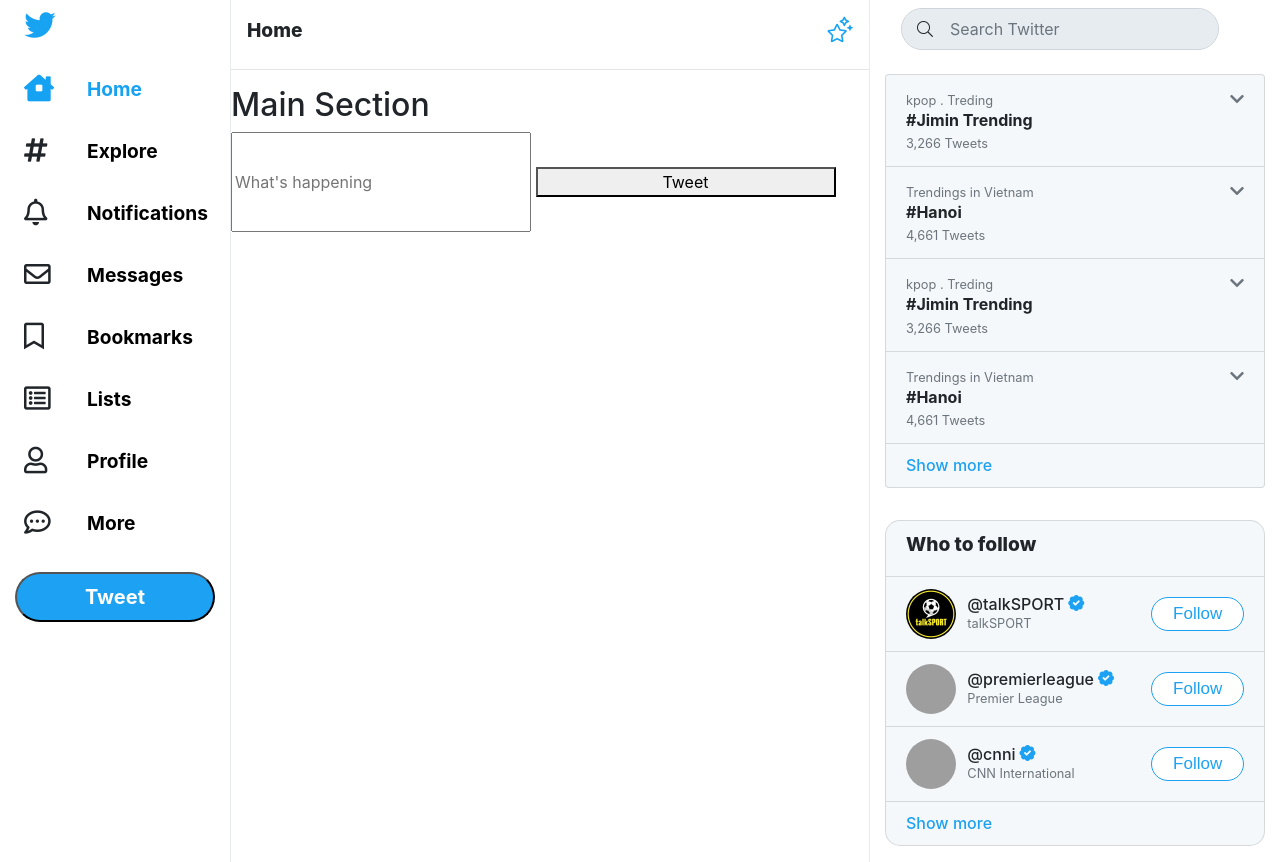
Repository: tts2610/Twitter-clone
Page: index.html
The author's editor kept a copy of each file at every save. The page is drawn from the files as they stood at one save, then again after the next save.
The browser window is 1280 px wide. The pictures show the whole page.
Pictures or frames that could not be fetched are drawn as grey boxes.

Above is the page before, as saved 2020-05-23 15:43:31.

### index.html
<!DOCTYPE html>
<html lang="en">

<head>
    <meta charset="UTF-8">
    <!-- <meta name="viewport" content="width=device-width, initial-scale=1.0"> -->
    <title>Document</title>
    <link rel="stylesheet" href="css/style.css">
    <!-- Latest compiled and minified CSS -->
    <link rel="stylesheet" href="https://maxcdn.bootstrapcdn.com/bootstrap/4.5.0/css/bootstrap.min.css">

    <!-- jQuery library -->
    <script src="https://ajax.googleapis.com/ajax/libs/jquery/3.5.1/jquery.min.js"></script>

    <!-- Popper JS -->
    <script src="https://cdnjs.cloudflare.com/ajax/libs/popper.js/1.16.0/umd/popper.min.js"></script>

    <!-- Latest compiled JavaScript -->
    <script src="https://maxcdn.bootstrapcdn.com/bootstrap/4.5.0/js/bootstrap.min.js"></script>

    <!-- <link rel="stylesheet" crossorigin="anonymous" href="https://use.fontawesome.com/releases/v5.6.3/css/all.css" integrity="sha384-UHRtZLI+pbxtHCWp1t77Bi1L4ZtiqrqD80Kn4Z8NTSRyMA2Fd33n5dQ8lWUE00s/" /> -->
    <link rel="stylesheet" href="css/all.css">

</head>


<body>
    <div class="container" style="width: 100%;">
        <div class="row">
            <div class="col-3 pr-5">
                <div class="row">
                    <div class="col"><img src="/img/twt-logo1.png" alt="twitter-logo" width="50" height="50"></div>
                </div>
                <div class="row my-3">
                    <div id="outerMenuContainer" style="color: #16a2f2;">
                        <div class="col-2 mr-4 py-2 px-4" style="font-size: 20px;"><i class="fas fa-house fa-lg"></i></div>
                        <div class="col-10 py-2" style="margin-right: 0px;padding-right: 0px;font-weight: 700;font-size: larger;"> <a href="#Home" style="color: #16a2f2;">Home</a></div>
                    </div>

                </div>
                <div class="row my-3">
                    <div id="outerMenuContainer">
                        <div class="col-2 mr-4 py-2 px-4" style="font-size: 20px;"><i class="fas fa-hashtag fa-lg"></i></div>
                        <div class="col-10" style="margin-right: 0px;padding-right: 0px;font-weight: 700;font-size: larger;"><a href="#services">Explore</a></div>

                    </div>
                </div>
                <div class="row my-3">
                    <div id="outerMenuContainer">
                        <div class="col-2 mr-4 py-2 px-4" style="font-size: 20px;"><i class="far fa-bell fa-lg"></i></div>
                        <div class="col-10" style="margin-right: 0px;padding-right: 0px;font-weight: 700;font-size: larger;"><a href="#clients">Notifications</a></div>

                    </div>
                </div>
                <div class="row my-3">
                    <div id="outerMenuContainer">
                        <div class="col-2 mr-4 py-2 px-4" style="font-size: 20px;"><i class="far fa-envelope fa-lg"></i></div>
                        <div class="col-10" style="margin-right: 0px;padding-right: 0px;font-weight: 700;font-size: larger;"><a href="#contact">Messages</a></div>
                    </div>
                </div>
                <div class="row my-3">
                    <div id="outerMenuContainer">
                        <div class="col-2 mr-4 py-2 px-4" style="font-size: 20px;"><i class="far fa-bookmark fa-lg"></i></div>
                        <div class="col-10" style="margin-right: 0px;padding-right: 0px;font-weight: 700;font-size: larger;"><a href="#clients">Bookmarks</a></div>
                    </div>
                </div>
                <div class="row my-3">
                    <div id="outerMenuContainer">
                        <div class="col-2 mr-4 py-2 px-4" style="font-size: 20px;"><i class="far fa-list-alt fa-lg"></i></div>
                        <div class="col-10" style="margin-right: 0px;padding-right: 0px;font-weight: 700;font-size: larger;"><a href="#contact">Lists</a></div>
                    </div>
                </div>
                <div class="row my-3">
                    <div id="outerMenuContainer">
                        <div class="col-2 mr-4 py-2 px-4" style="font-size: 20px;"><i class="far fa-user fa-lg"></i></div>
                        <div class="col-10" style="margin-right: 0px;padding-right: 0px;font-weight: 700;font-size: larger;"><a href="#clients">Profile</a></div>
                    </div>
                </div>
                <div class="row my-3">
                    <div id="outerMenuContainer">
                        <div class="col-2 mr-4 py-2 px-4" style="font-size: 20px;"><i class="far fa-comment-dots fa-lg"></i></div>
                        <div class="col-10" style="margin-right: 0px;padding-right: 0px;font-weight: 700;font-size: larger;"><a href="#contact">More</a></div>
                    </div>
                </div>
                <div class="row my-3">
                    <div class="col"><button class="tweetbtn" href="#">Tweet</button></div>
                </div>
            </div>

            <div class="col-6" style="border-right: #e6ecf0 solid 1px; border-left: #e6ecf0 solid 1px; padding-left: 0px; padding-right: 0px;">
                <nav class="navbar sticky-top navbar-light my-2" id="leftNav">
                    <span>Home</span>
                    <span style="color: #16a2f2;"><i class="fal fa-stars fa-lg"></i></span>
                </nav>
                <hr/>
                <div>
                    <h2>Main Section</h2>
                    <input type="text" id="tweetArea" placeholder="What's happening">
                    <button id="tweetBtn" onclick="post()">Tweet</button>
                    <span id="remain"></span>
                    <div id="content" class="mt-5">
                    </div>



                </div>
            </div>

            <div class="col-3">
                <nav class="navbar sticky-top navbar-light" id="rightNav">
                    <span style="position: absolute;z-index: 100;"><i class="fal fa-search ml-3"></i></span>
                    <div><input class="form-control mr-sm-2 pl-5" type="search" placeholder="Search Twitter" aria-label="Search" id="search"></div>
                </nav>
                <div id="trendings" class="py-3">
                    <ul class="list-group mb-3">
                        <!-- <li class="list-group-item d-flex justify-content-between lh-condensed header" style="border-radius: 15px 15px 0px 0px;" id="trendingHeader">
                            <div>
                                <div class="trends-header">Trends for you</div>
                            </div>
                            <span class="text-muted"><i class="fal fa-cog" style="COLOR: rgba(29,161,242,1.00); font-size: larger;"></i></span>
                        </li> -->
                        <li class="list-group-item d-flex justify-content-between lh-condensed content" id="trending1">
                            <div>
                                <small class="text-muted">Trendings in Vietnam</small>
                                <h6 class="my-0 hashtag">#Hanoi</h6>
                                <small class="text-muted">4,661 Tweets</small>
                            </div>
                            <span class="text-muted"><i class="fas fa-chevron-down"></i></span>
                        </li>
                        <li class="list-group-item d-flex justify-content-between lh-condensed content" id="trending2">
                            <div>
                                <small class="text-muted">kpop . Treding</small>
                                <h6 class="my-0 hashtag">#Jimin Trending</h6>
                                <small class="text-muted">3,266 Tweets</small>
                            </div>
                            <span class="text-muted"><i class="fas fa-chevron-down"></i></span>
                        </li>
                        <li class="list-group-item d-flex justify-content-between lh-condensed content" id="trending3">
                            <div>
                                <small class="text-muted">Trendings in Vietnam</small>
                                <h6 class="my-0 hashtag">#Hanoi</h6>
                                <small class="text-muted">4,661 Tweets</small>
                            </div>
                            <span class="text-muted"><i class="fas fa-chevron-down"></i></span>
                        </li>
                        <li class="list-group-item d-flex justify-content-between lh-condensed content" id="trending4">
                            <div>
                                <small class="text-muted">kpop . Treding</small>
                                <h6 class="my-0 hashtag">#Jimin Trending</h6>
                                <small class="text-muted">3,266 Tweets</small>
                            </div>
                            <span class="text-muted"><i class="fas fa-chevron-down"></i></span>
                        </li>
                        <li class="list-group-item d-flex justify-content-between lh-condensed content" style="border-radius: 0px 0px 15px 15px">
                            <div>
                                <h6 class="my-0"><a href="#" style="COLOR: rgba(29,161,242,1.00); text-decoration: none;">Show more</a></h6>
                            </div>
                        </li>
                    </ul>
                </div>

                <div id="whoToFollow" class="">
                    <ul class="list-group mb-3">
                        <li class="list-group-item d-flex justify-content-between lh-condensed" style="border-radius: 15px 15px 0px 0px;">
                            <div>
                                <h5 class="whoToFollow-header">Who to follow</h5>
                            </div>
                        </li>
                        <li class="list-group-item content">
                            <div class="row">
                                <div class="col-2">
                                    <img src="img/profileImages/talkSport.jpg" id="moreToFollowImg" alt="Avatar">
                                </div>
                                <div class="col-6">
                                    <div style="display: flex;">
                                        <h6 class="my-0 hashtag">@talkSPORT</h6>
                                        <i class="ml-1 fas fa-badge-check"></i>
                                    </div>

                                    <small class="text-muted">talkSPORT</small>

                                </div>
                                <div class="col-4">
                                    <a href="#" class="followBtn">Follow</a>
                                </div>
                            </div>
                        </li>
                        <li class="list-group-item content">
                            <div class="row">
                                <div class="col-2">
                                    <img src="https://d3pc1xvrcw35tl.cloudfront.net/ln/feedImages/643x481/bwpUoL-J_400x400_ckOpi7f_4RVQqqi_ZPjpFJN_cnPYP1e_202004.jpg" id="moreToFollowImg" alt="Avatar">
                                </div>
                                <div class="col-6">
                                    <div style="display: flex;">
                                        <h6 class="my-0 hashtag">@premierleague</h6>
                                        <i class="ml-1 fas fa-badge-check"></i>
                                    </div>

                                    <small class="text-muted">Premier League</small>

                                </div>
                                <div class="col-4">
                                    <a href="#" class="followBtn">Follow</a>
                                </div>
                            </div>
                        </li>
                        <li class="list-group-item content">
                            <div class="row">
                                <div class="col-2">
                                    <img src="https://upload.wikimedia.org/wikipedia/commons/thumb/6/66/CNN_International_logo.svg/1200px-CNN_International_logo.svg.png" id="moreToFollowImg" alt="Avatar">
                                </div>
                                <div class="col-6">
                                    <div style="display: flex;">
                                        <h6 class="my-0 hashtag">@cnni</h6>
                                        <i class="ml-1 fas fa-badge-check"></i>
                                    </div>

                                    <small class="text-muted">CNN International</small>

                                </div>
                                <div class="col-4">
                                    <a href="#" class="followBtn">Follow</a>
                                </div>
                            </div>
                        </li>
                        <li class="list-group-item d-flex justify-content-between lh-condensed content" style="border-radius: 0px 0px 15px 15px">
                            <div>
                                <h6 class="my-0"><a href="#" style="COLOR: rgba(29,161,242,1.00); text-decoration: none;">Show more</a></h6>
                            </div>
                        </li>
                    </ul>
                </div>
            </div>
        </div>

        <!-- <nav class="navbar sticky-top navbar-expand-lg navbar-light bg-light">
                <a class="navbar-brand" href="#">Navbar</a>
                <button class="navbar-toggler" type="button" data-toggle="collapse" data-target="#navbarSupportedContent" aria-controls="navbarSupportedContent" aria-expanded="false" aria-label="Toggle navigation">
                  <span class="navbar-toggler-icon"></span>
                </button>

                <div class="collapse navbar-collapse" id="navbarSupportedContent">
                    <ul class="navbar-nav mr-auto">
                    </ul>
                    <form class="form-inline my-2 my-lg-0">
                        <input class="form-control mr-sm-2" type="search" placeholder="Search" aria-label="Search">
                        <button class="btn btn-outline-success my-2 my-sm-0" type="submit">Search</button>
                    </form>
                </div>
            </nav> -->
        <!-- <div class="column2">

        </div>

        <div class="column3">

        </div> -->


        <!-- END COL-3 -->
    </div>

    <script src="js/script.js"></script>
    <script src="js/moment.js"></script>
</body>

</html>

### css/style.css
* {
    box-sizing: border-box;
}

body {
    font-family: “Helvetica Neue”, Helvetica, Arial, sans-serif;
}


/* body .container {
    max-width: 80%;
    padding-left: 0px;
    padding-right: 0px;
} */


/* .container {
    width: 60%;
} */

@media (min-width: 1200px) {
    body .container {
        max-width: 100%;
    }
}


/* extra large devices */

@media screen and (min-width: 1800px) {
    body .container {
        max-width: 70%;
    }
}

.container .row .col-3 {
    max-width: 230px;
}

#leftNav {
    display: flex;
    justify-content: space-between;
    font-size: larger;
    font-weight: 800;
    background-color: white;
}

#rightNav {
    width: 100%;
    background-color: white;
}

#rightNav .input-group-prepend {
    background-color: white !important;
    color: white !important;
}

#search {
    border-radius: 30px;
    height: 10px;
    padding: 20px;
    position: relative;
    width: 318px;
    background-color: #e6ecf0;
}

.sidenav {
    height: 100%;
    position: fixed;
    z-index: 1;
    top: 0;
    left: 0;
    background-color: rgb(255, 255, 255);
    overflow-x: hidden;
    padding-top: 20px;
    border-right: 1px solid lightgrey;
}

.sidenav a {
    text-decoration: none;
    font-size: 25px;
    color: #000000;
    display: block;
    font-family: system-ui, -apple-system, BlinkMacSystemFont, "Segoe UI", Roboto, Ubuntu, "Helvetica Neue", sans-serif;
    ;
    margin: 5px;
    margin-bottom: 10px;
}

.sidenav a:hover {
    color: #16afdd;
}

.main {
    margin-left: 160px;
    /* Same as the width of the sidenav /
    font-size: 28px; / Increased text to enable scrolling */
    padding: 0px 10px;
}

@media screen and (max-height: 450px) {
    .sidenav {
        padding-top: 15px;
    }
    .sidenav a {
        font-size: 18px;
    }
}

.tweetbtn {
    height: 50px;
    width: 200px;
    border-radius: 40px;
    background-color: rgb(29, 161, 242);
    color: white;
    font-weight: bolder;
    font-size: 20px;
    cursor: pointer;
    margin-left: 0px;
    margin-top: 10px;
}

.tweetbtn:hover {
    background-color: rgba(26, 145, 218);
}

.home {
    display: flex;
}

.explore {
    display: flex;
}

.notifications {
    display: flex;
}

.messages {
    display: flex;
}

.bookmarks {
    display: flex;
}

.lists {
    display: flex;
}

.profile {
    display: flex;
}

.more {
    display: flex;
}


/* Clear floats after the columns */

.row:after {
    content: "";
    display: table;
    clear: both;
}

tr {
    text-align: center;
}

#tweetArea {
    width: 300px;
    height: 100px
}

#tweetBtn {
    margin-top: 10px;
    width: 300px;
}

#trendings {
    min-width: 380px;
}

#trendings .list-group-item {
    background-color: #f5f8fa;
}

#trendings .content {
    cursor: pointer;
}

#trendings .trends-header {
    font-weight: 800;
    font-size: larger;
}

#trendings .content:hover {
    filter: brightness(97%)
}

#trendings ul li .hashtag {
    font-weight: 700;
}

#moreToFollowImg {
    border-radius: 50%;
    width: 50px;
    height: 50px;
}

.fa-badge-check {
    color: rgba(29, 161, 242, 1.00);
}

.followBtn {
    -webkit-border-radius: 20px;
    -moz-border-radius: 20px;
    border-radius: 25px;
    color: #1DA1F2;
    font-family: Arial;
    font-size: 17px;
    font-weight: 200;
    padding: 3px;
    background-color: #FFFFFF;
    border: solid #1DA1F2 1px;
    text-decoration: none;
    /* display: inline-block; */
    cursor: pointer;
    text-align: center;
}

.followBtn:hover {
    color: #1DA1F2;
    background: #CFE7F6;
    border-radius: 25px;
    text-decoration: none;
    opacity: 0.7;
}

#whoToFollow {
    min-width: 380px;
}

#whoToFollow .list-group-item {
    background-color: #f5f8fa;
}

#whoToFollow .content {
    cursor: pointer;
}

#whoToFollow .content:hover {
    filter: brightness(97%)
}

#whoToFollow .row .col-6 {
    display: flex;
    flex-direction: column;
    justify-content: center;
}

#whoToFollow .row .col-6 .hashtag {
    text-overflow: ellipsis;
    white-space: nowrap;
    overflow: hidden;
}

#whoToFollow .row .col-4 {
    display: flex;
    flex-direction: column;
    justify-content: center;
}

#whoToFollow .whoToFollow-header {
    font-weight: 800;
    font-size: larger;
}

h6 {
    font-weight: 700;
}

#content .functionBar {
    display: flex;
    justify-content: space-between;
}

#content .row {
    padding: 30px;
    border: 1px solid lightgrey;
}

#content .row div {
    margin-top: 4px;
}

#outerMenuContainer {
    display: flex;
    flex-direction: row;
    align-items: center;
    width: max-content;
}

#outerMenuContainer:hover {
    color: #1DA1F2 !important;
    background: #CFE7F6;
    border-radius: 25px;
    text-decoration: none;
    opacity: 0.7;
    /* padding: 5px 0px 5px 3px;
    width: max-content; */
}

#outerMenuContainer:hover a {
    color: #1DA1F2 !important;
}

#outerMenuContainer a {
    text-decoration: none;
    color: black;
}

Loaded but not shown: css/all.css (library); js/moment.js (library); js/script.js (178 lines, source omitted)

After the next save:
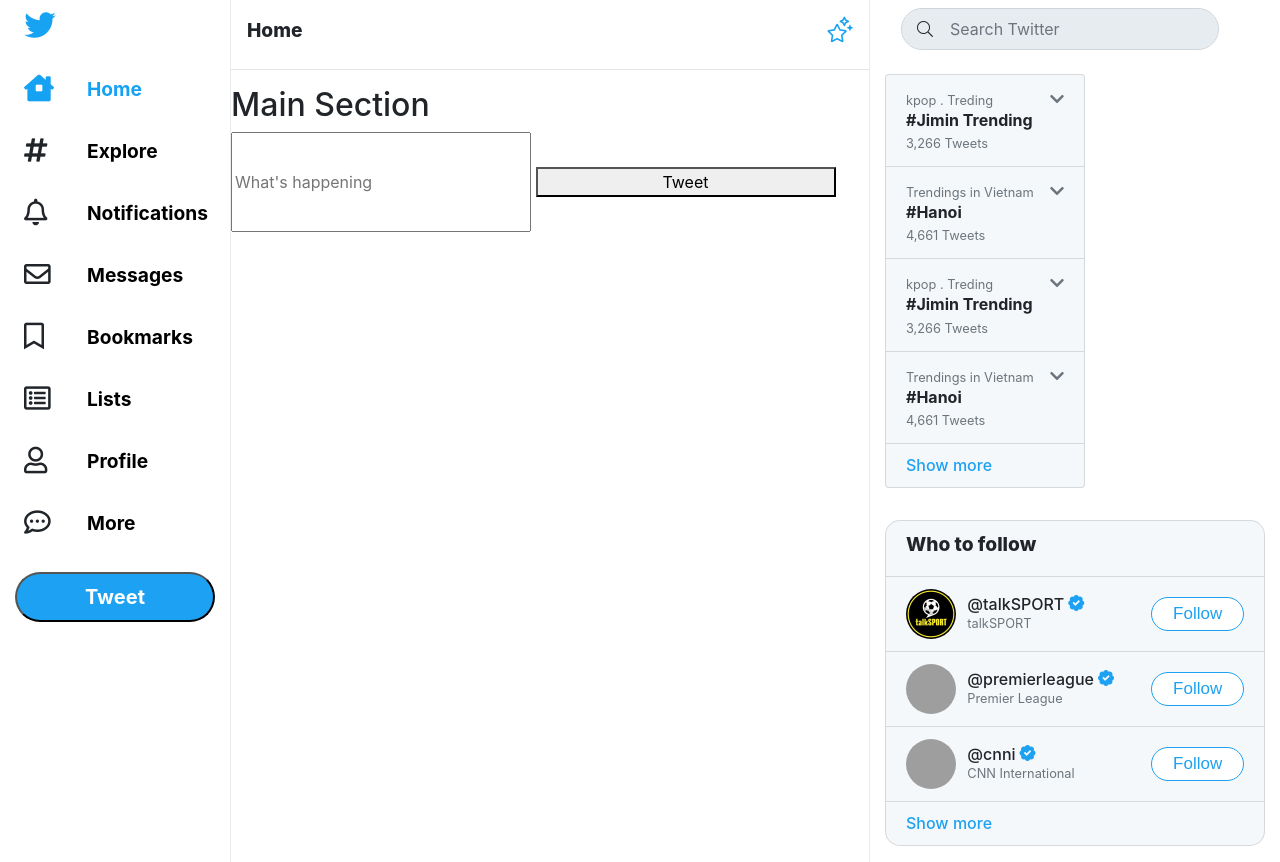
Saved 40 s later.
--- a/css/style.css
+++ b/css/style.css
@@ -180,7 +180,7 @@
 }
 
 #trendings {
-    min-width: 380px;
+    /* min-width: 380px; */
 }
 
 #trendings .list-group-item {
